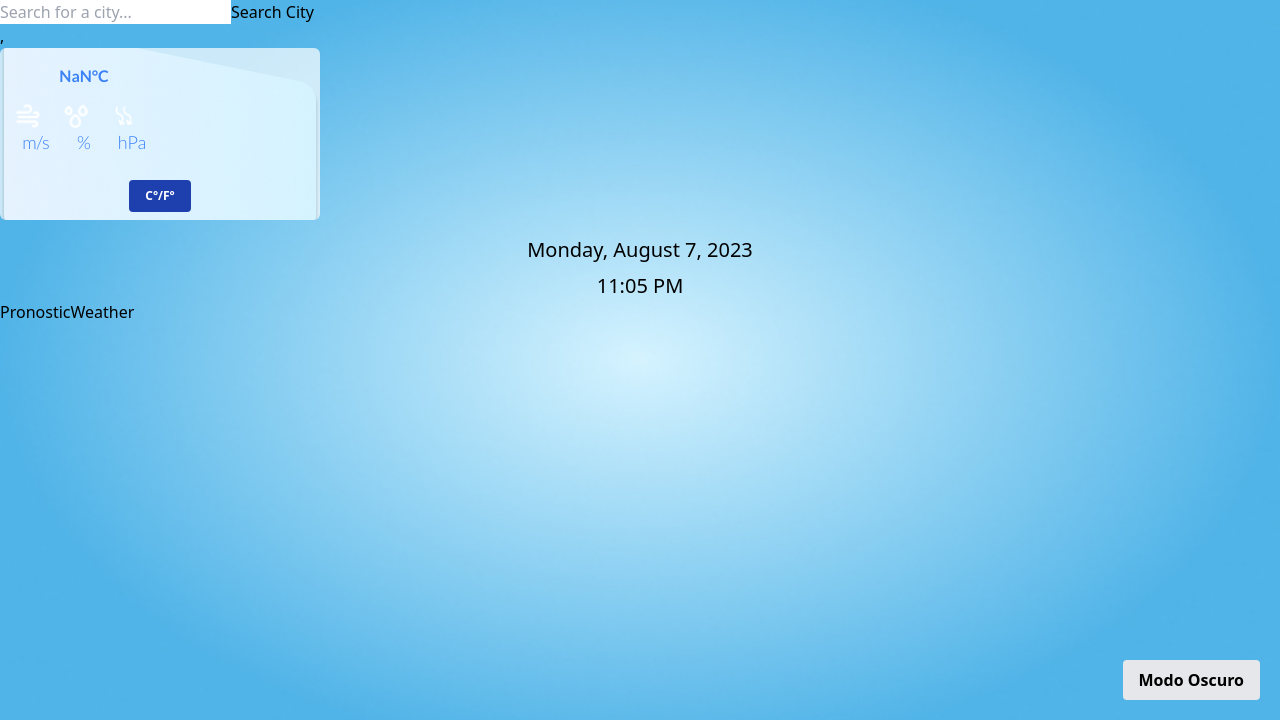
Repository: LukasMoyano/WeatherApp-_-LukasMoyano-_-V-_4.0_6.6.6
Page: /
The author's editor kept a copy of each file at every save. The page is drawn from the files as they stood at one save, then again after the next save.
The browser window is 1280 px wide. The pictures show the whole page.
The page's requests for data from a server got no answer. The project was rebuilt for these pictures with package versions that can differ from the ones it lists, and the page was loaded fresh each time. No one was signed in, and anything a server would have sent is missing. Also part of the build but not shown: vite.config.js.

Above is the page before, as saved 2023-08-07 23:06:20.

After the next save:
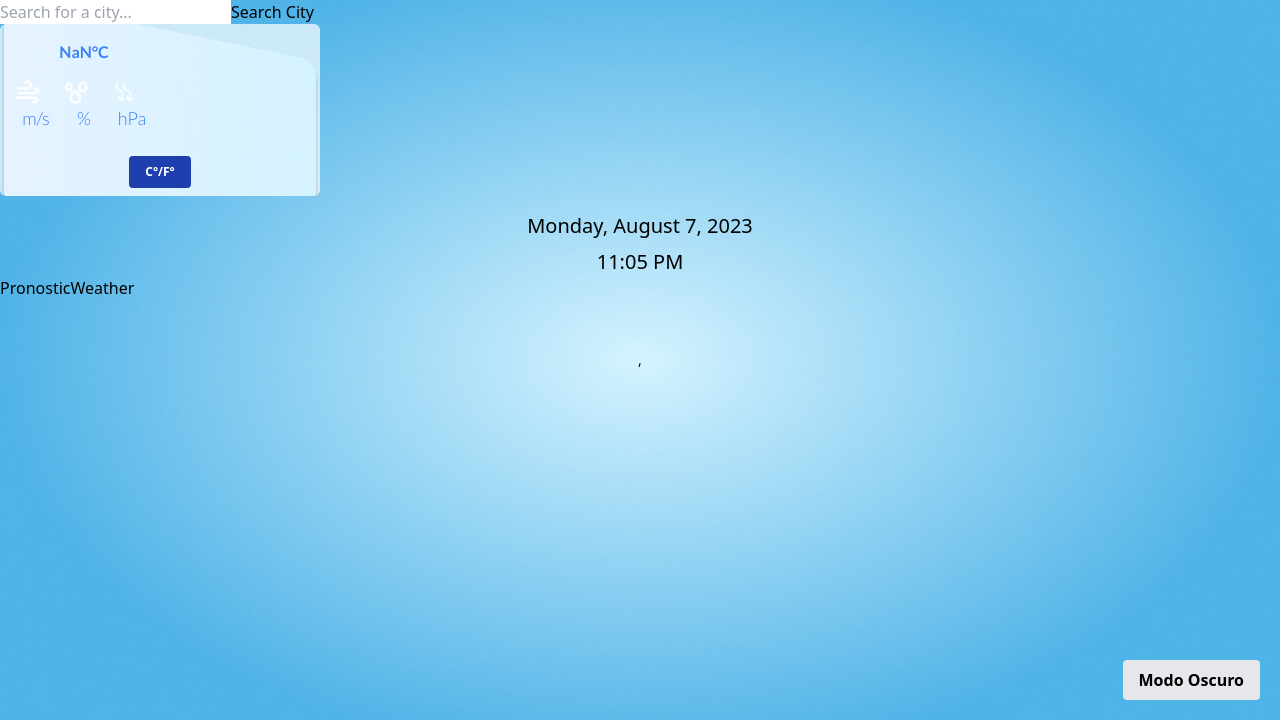
Saved 119 s later.
--- a/src/components/Weather.jsx
+++ b/src/components/Weather.jsx
@@ -36,7 +36,7 @@
   return (
 <main>
 
-<h1 className="">{weatherInfo?.name}, {weatherInfo?.sys?.country}</h1>
+<h1 className="absolute top-0 left-0 w-full h-full flex items-center justify-center text-black font-lato text-sm font-light">{weatherInfo?.name}, {weatherInfo?.sys?.country}</h1>
 
 
 

After the save that followed:
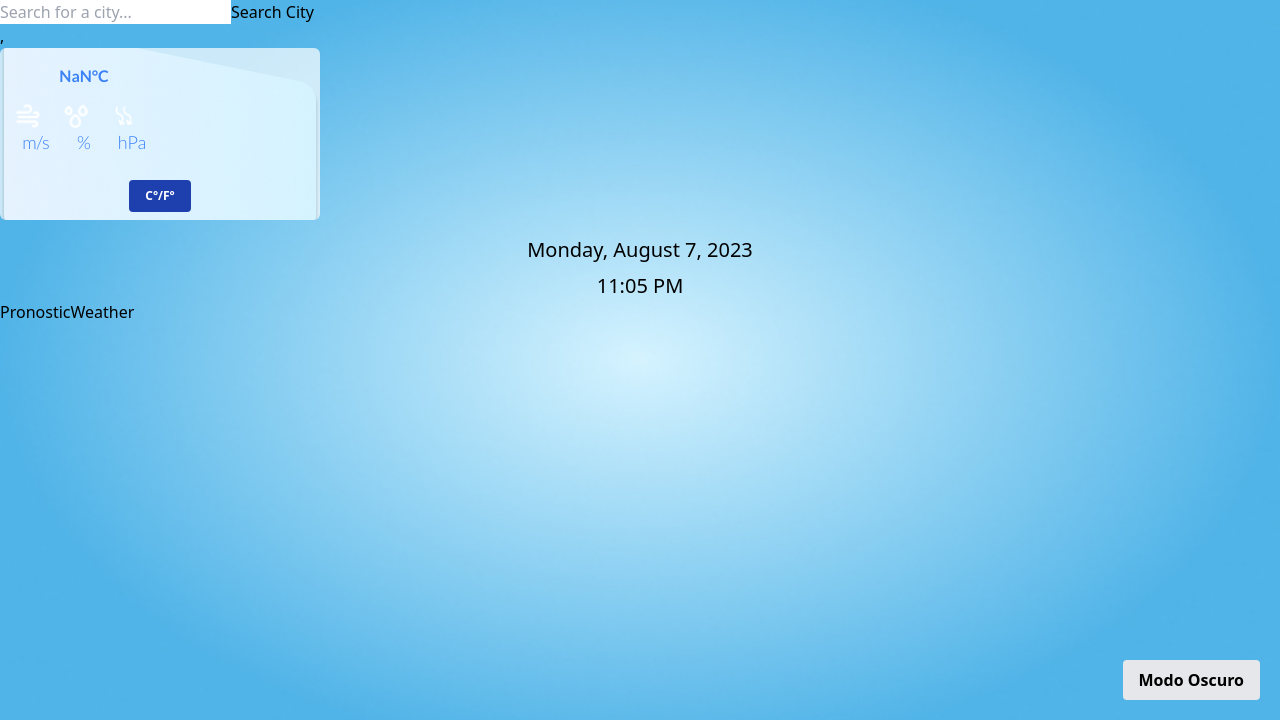
Saved 13 s later.
--- a/src/components/Weather.jsx
+++ b/src/components/Weather.jsx
@@ -36,7 +36,7 @@
   return (
 <main>
 
-<h1 className="absolute top-0 left-0 w-full h-full flex items-center justify-center text-black font-lato text-sm font-light">{weatherInfo?.name}, {weatherInfo?.sys?.country}</h1>
+<h1 className="">{weatherInfo?.name}, {weatherInfo?.sys?.country}</h1>
 
 
 
